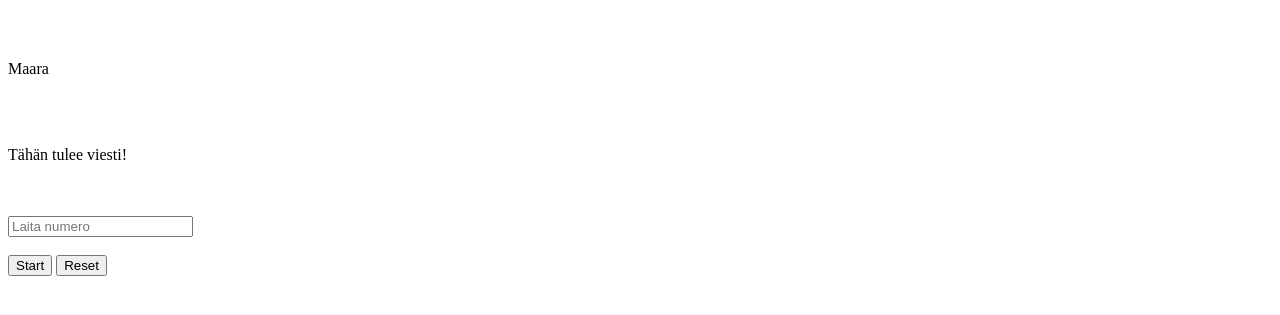
Repository: VadimZubchenko/numeronarvouspeli_JS
Page: public/index.html
An editor plug-in stored every save of this project. The page is shown before and after the next save, followed by the edit.
The browser window is 1280 px wide. The pictures show the whole page.

Above is the page before, as saved 2022-04-25 19:33:15.

### public/index.html
<!DOCTYPE html>
<html lang="en">
<head>
  <meta charset="UTF-8">
  <meta http-equiv="X-UA-Compatible" content="IE=edge">
  <meta name="viewport" content="width=device-width, initial-scale=1.0">
  <title>Numeroarvouspeli</title>
  <script src="script.js"></script>
</head>
<body>
  <br><br>
  <p id="maara" >Maara</p>
  <br><br>
  <p id="message" value="0">Tähän tulee viesti!</p>
  <br><br>
  <input type="text" id="numero" name="numero" placeholder="Laita numero">
  <br>
  <br>
  <button id="startGame" onclick="startGame()">Start</button>
  <button id="resetGame" onclick="resetGame()">Reset</button>
</body>
</html>

### public/script.js
var running = 0;
const getValue = 0;
let lastMin = 1;
let lastMax = 100;
let kpl = 0;

const arvo = Math.floor(Math.random() * 100);
console.log(arvo);

function startGame() {
  let startbutton = document.getElementById("startGame");
  //jos se on jo käynnissä sittten running = true;
  let clientArvo = document.getElementById("numero").value;
  //console.log(clientArvo);
  if (lastMin < clientArvo < lastMax) {
    if (clientArvo < arvo) {
      document.getElementById("message").innerHTML =
        "Numerosi on arvoa pienempi";
      kpl++;
      lastMin = clientArvo;
    }
    if (clientArvo > arvo) {
      document.getElementById("message").innerHTML =
        "Numerosi on  arvoa isompi";
      kpl++;
      lastMax = clientArvo;
    }
    if (clientArvo == arvo) {
      document.getElementById("message").innerHTML = "Arvosit oikein";
    }
  }
  document.getElementById("message").innerHTML =
    "Tämä arvo on jo ollut. Yritä uudelleen";
  document.getElementById("maara").innerHTML = kpl;
}

After the next save:
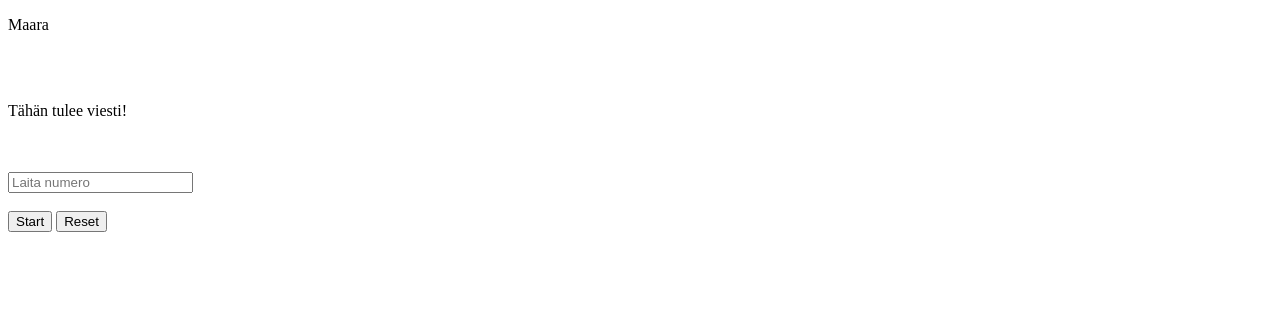
Saved 39 min 47 s later.
--- a/public/index.html
+++ b/public/index.html
@@ -8,7 +8,6 @@
   <script src="script.js"></script>
 </head>
 <body>
-  <br><br>
   <p id="maara" >Maara</p>
   <br><br>
   <p id="message" value="0">Tähän tulee viesti!</p>
